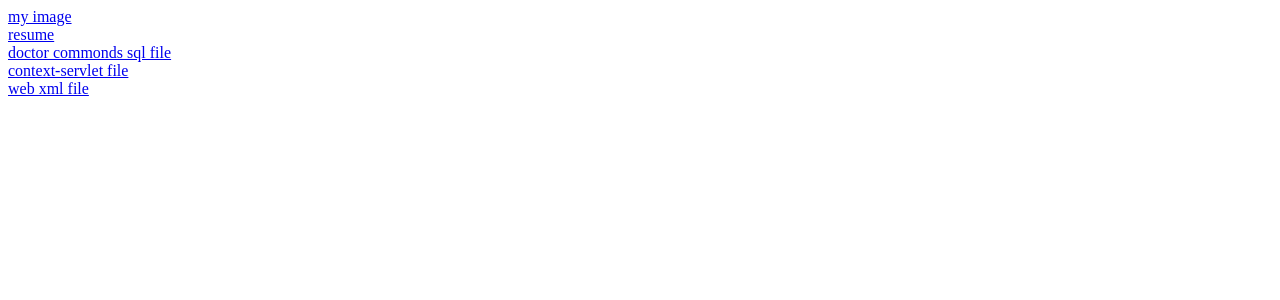
Repository: chetanmelavanki/Spring
Page: train/src/main/webapp/WEB-INF/ResourceLinks.html
These files come from the project's save history. The page is drawn as it stood at one moment and after the next save; the edit follows.
The browser window is 1280 px wide. The pictures show the whole page.

Above is the page before, as saved 2022-07-13 06:45:21.

After the next save:
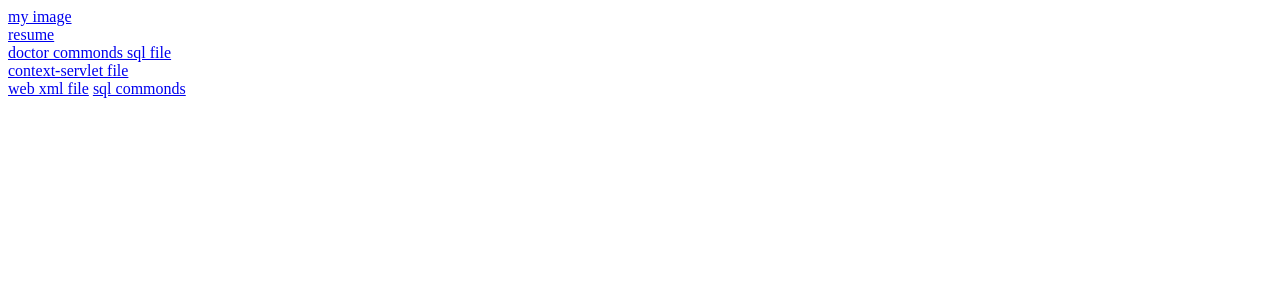
Saved 15 s later.
--- a/train/src/main/webapp/WEB-INF/ResourceLinks.html
+++ b/train/src/main/webapp/WEB-INF/ResourceLinks.html
@@ -10,6 +10,6 @@
 <a href="http://localhost:8080/train/getSQLresource" target="_blank">doctor commonds sql file</a><br>
 <a href="http://localhost:8080/train/getXMLresource" target="_blank">context-servlet file</a><br>
 <a href="http://localhost:8080/train/getXML1resource" target="_blank">web xml file</a>
-<a href="http://localhost:8080/train/getPDF1Resource"></a>
+<a href="http://localhost:8080/train/getPDF1Resource" target="_blank">sql commonds</a>
 </body>
 </html>
